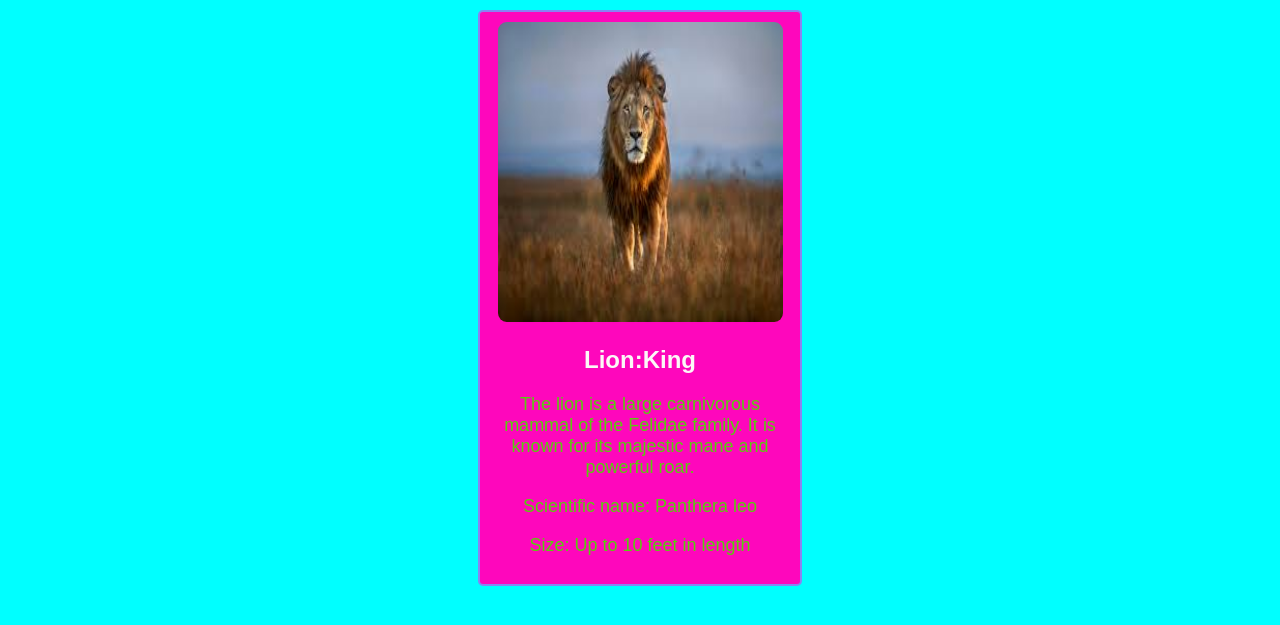
Repository: KingBoyMaylow/Animal-trading-card
Page: index.html
These files come from the project's save history. The page is drawn as it stood at one moment and after the next save; the edit follows.
The browser window is 1280 px wide. The pictures show the whole page.

Above is the page before, as saved 2024-05-13 22:17:04.

### index.html
<!DOCTYPE html>
<html lang="en">
<head>
    <meta charset="UTF-8">
    <meta name="viewport" content="width=device-width, initial-scale=1.0">
    <title>Document</title>
</head>
<body>
    <style>
    body {
        font-family: Arial, sans-serif;
        text-align: center;
        background-color: aqua;
    }
    .card {
        width: 300px;
        border: 2px solid #8a83f1;
        border-radius: 5px;
        margin: 10px auto;
        padding: 10px;
        background-color: #fe07bc;
    }
    .card img {
        width: 95%;
        border-radius: 3%;
        height: 300px;
    }
    .card h2 {
        color: #fcf7f7;
    }
    .card p {
        color: #5acb0f;
        font-size: large;
    }
</style>
</head>
<body>
    <div class="card">
        <img src="lion.jpeg" alt="Lion">
        <h2>Lion:King</h2>
        <p>The lion is a large carnivorous mammal of the Felidae family. It is known for its majestic mane and powerful roar.</p>
        <p>Scientific name: Panthera leo</p>
        <p>Size: Up to 10 feet in length</p>

    </div>
</body>
</html>

After the next save:
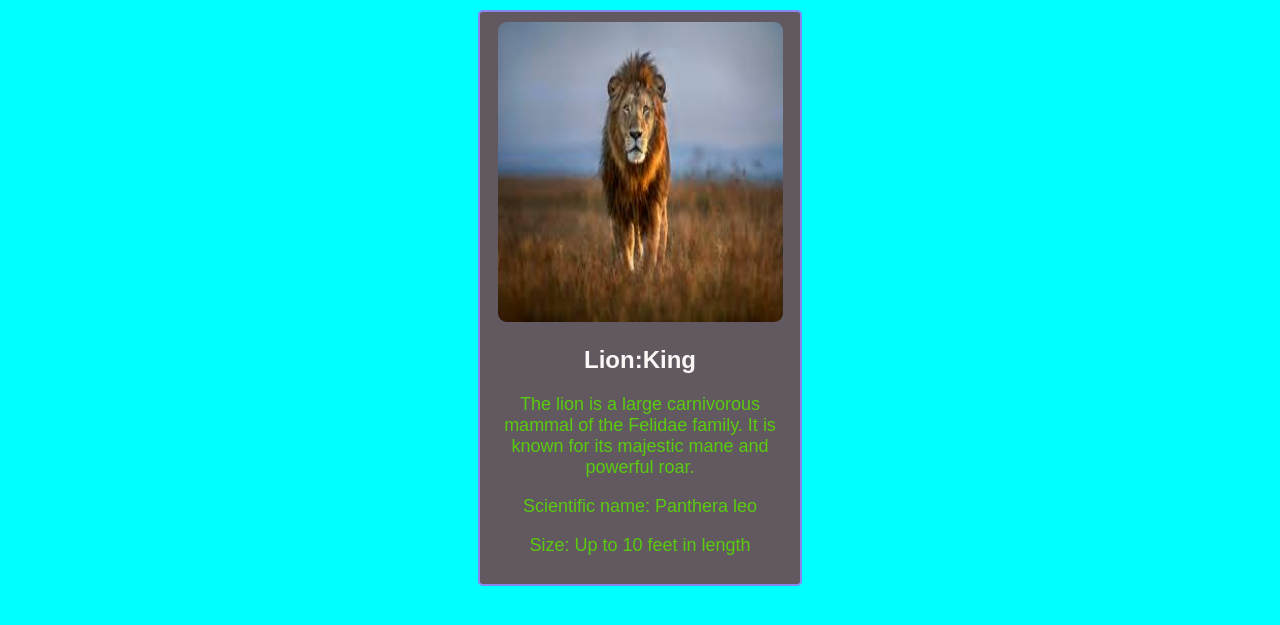
Saved 12 s later.
--- a/index.html
+++ b/index.html
@@ -18,7 +18,7 @@
         border-radius: 5px;
         margin: 10px auto;
         padding: 10px;
-        background-color: #fe07bc;
+        background-color: #625960;
     }
     .card img {
         width: 95%;
